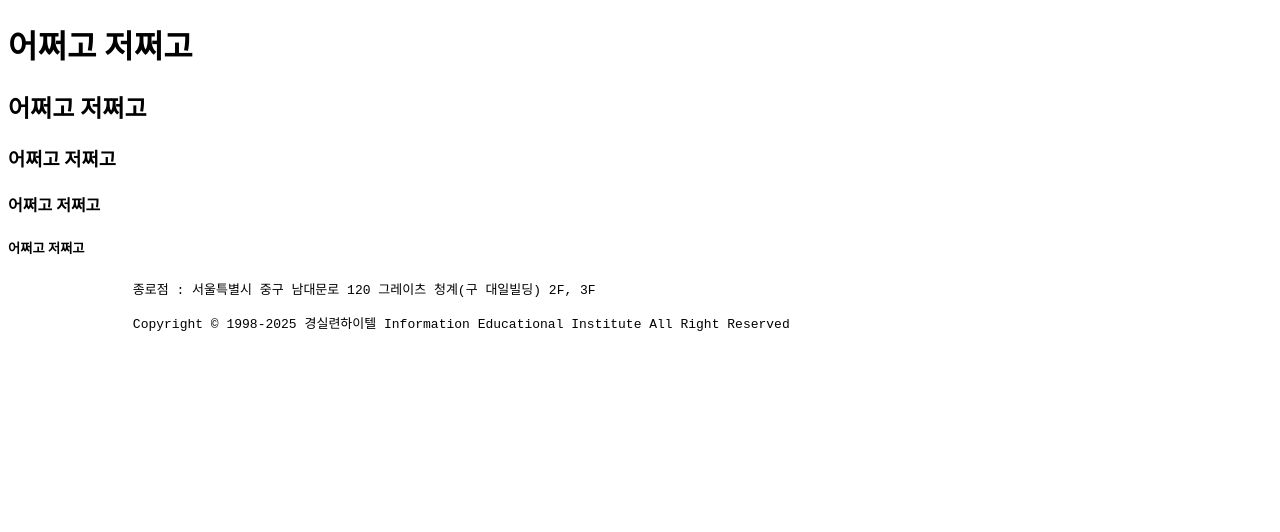
Repository: parkjin-sol/web-workplace
Page: http://localhost/McdonaldProject/include
These files come from the project's save history. The page is drawn as it stood at one moment and after the next save; the edit follows.
The browser window is 1280 px wide. The pictures show the whole page.
The page is served by Tomcat 9. Other server files are loaded and not shown.

Above is the page before, as saved 2025-03-11 03:06:57.

### McdonaldProject/src/main/webapp/WEB-INF/views/include/include.jsp
<%@ page language="java" contentType="text/html; charset=UTF-8"
    pageEncoding="UTF-8"%>
<!DOCTYPE html>
<html>
<head>
<meta charset="UTF-8">
<title>Insert title here</title>
</head>
<body>
	<h1>어쩌고 저쩌고</h1>
	<h2>어쩌고 저쩌고</h2>
	<h3>어쩌고 저쩌고</h3>
	<h4>어쩌고 저쩌고</h4>
	<h5>어쩌고 저쩌고</h5>

	<!-- 요기에는 Footer 자리  -->
	<jsp:include page="footer.jsp"></jsp:include>
</body>
</html>

### McdonaldProject/src/main/webapp/WEB-INF/views/include/footer.jsp
<%@ page language="java" contentType="text/html; charset=UTF-8"
    pageEncoding="UTF-8"%>
<!DOCTYPE html>
<html>
<head>
<meta charset="UTF-8">
<title>Insert title here</title>
</head>
<body>

	<%
		String year =
			new java.text.SimpleDateFormat("yyyy").format(new java.util.Date());
	%>
	<pre>
		종로점 : 서울특별시 중구 남대문로 120 그레이츠 청계(구 대일빌딩) 2F, 3F

		Copyright © 1998-<%= year %> 경실련하이텔 Information Educational Institute All Right Reserved
	</pre>

</body>
</html>

### McdonaldProject/src/main/java/com/kh/mcdonald/controller/includeController.java
package com.kh.mcdonald.controller;

import java.io.IOException;

import javax.servlet.RequestDispatcher;
import javax.servlet.ServletException;
import javax.servlet.annotation.WebServlet;
import javax.servlet.http.HttpServlet;
import javax.servlet.http.HttpServletRequest;
import javax.servlet.http.HttpServletResponse;


@WebServlet("/include")
public class includeController extends HttpServlet {
	private static final long serialVersionUID = 1L;


    public includeController() {
        super();

    }

	protected void doGet(HttpServletRequest request, HttpServletResponse response) throws ServletException, IOException {
		RequestDispatcher view = request.getRequestDispatcher("/WEB-INF/views/include/include.jsp");
		view.forward(request, response);
	}


	protected void doPost(HttpServletRequest request, HttpServletResponse response) throws ServletException, IOException {
		doGet(request, response);
	}

}

After the next save:
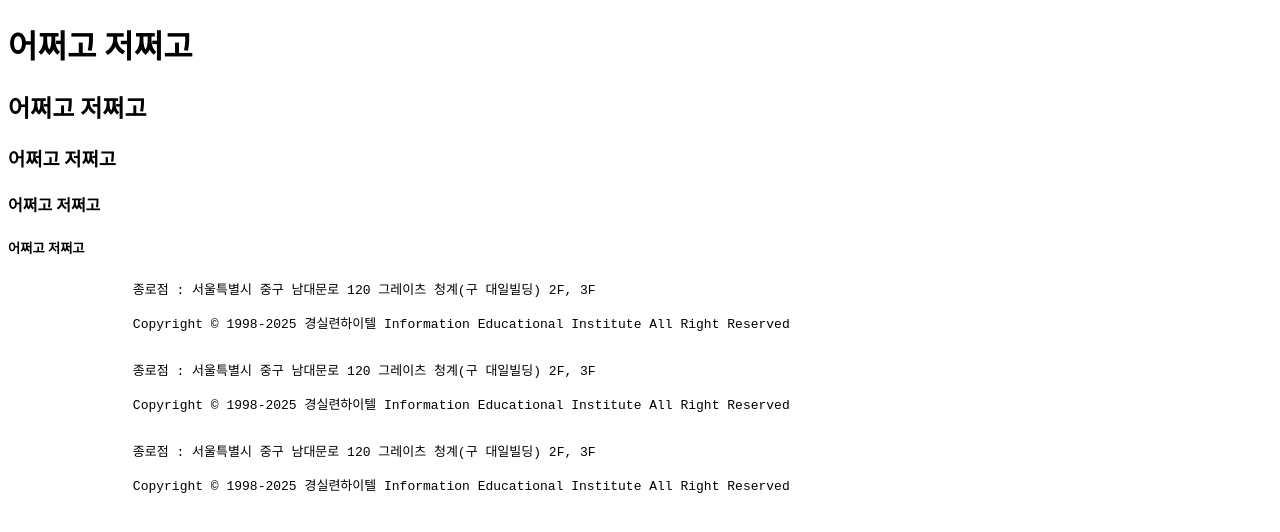
Saved 4 min 3 s later.
--- a/McdonaldProject/src/main/webapp/WEB-INF/views/include/include.jsp
+++ b/McdonaldProject/src/main/webapp/WEB-INF/views/include/include.jsp
@@ -15,5 +15,7 @@
 
 	<!-- 요기에는 Footer 자리  -->
 	<jsp:include page="footer.jsp"></jsp:include>
+	<jsp:include page="footer.jsp"></jsp:include>
+	<jsp:include page="footer.jsp"></jsp:include>
 </body>
 </html>
